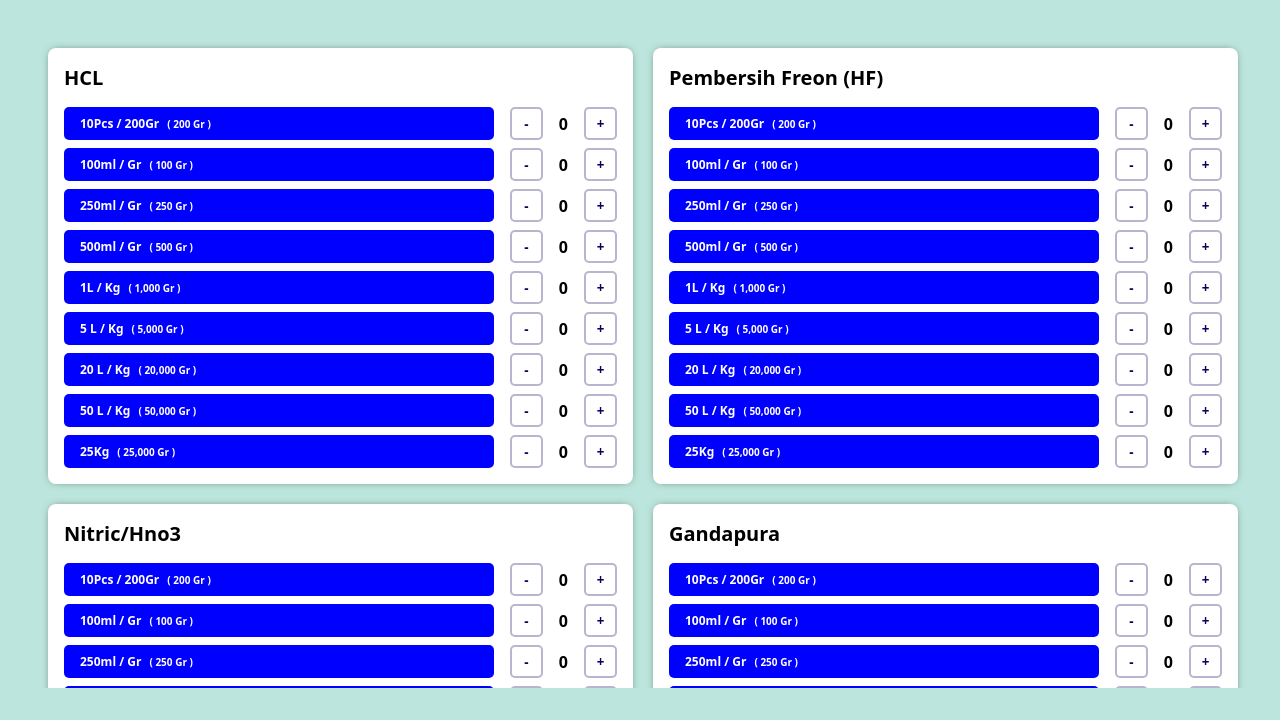
Repository: zuraniumlab-design/upstock-amsk
Page: /
An editor plug-in stored every save of this project. The page is shown before and after the next save, followed by the edit.
The browser window is 1280 px wide. The pictures show the whole page.
An inner scrolling area shows only its first screen. The project was rebuilt for these pictures with package versions that can differ from the ones it lists, and the page was loaded fresh each time. Also part of the build but not shown: vite.config.js.

Above is the page before, as saved 2026-06-18 17:11:39.

After the next save:
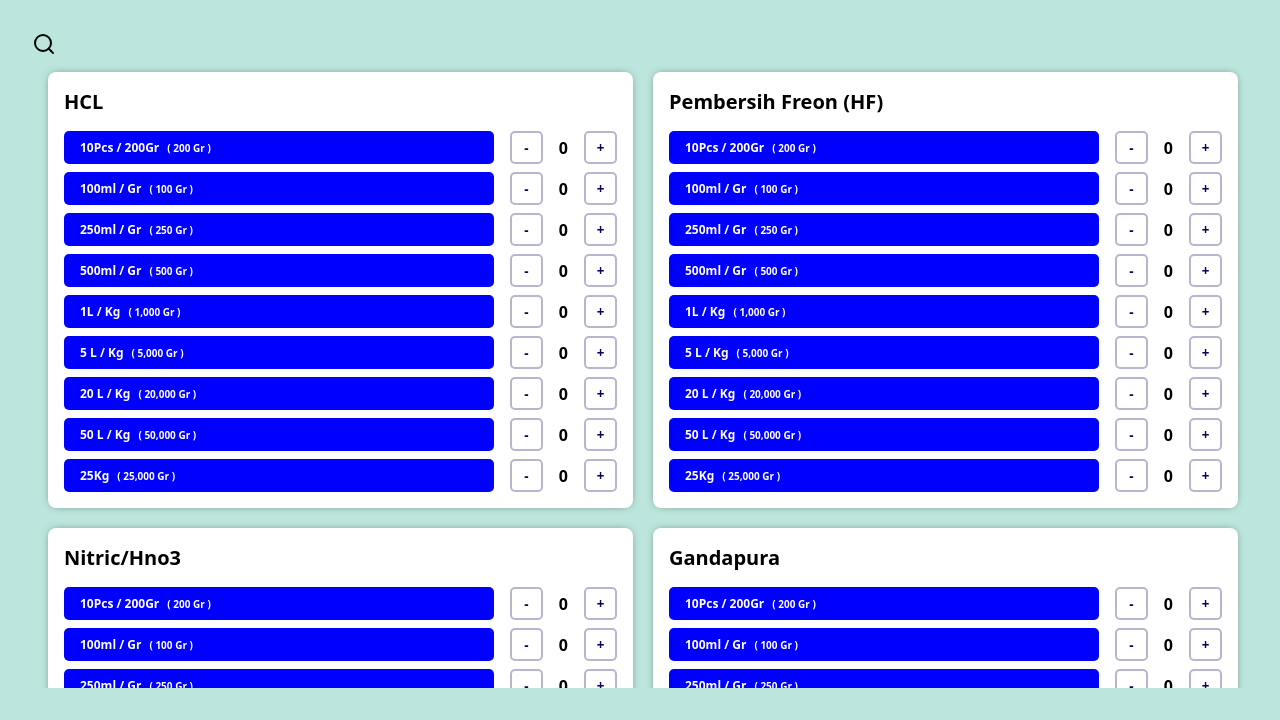
Saved 107 s later.
--- a/src/App.jsx
+++ b/src/App.jsx
@@ -1,5 +1,6 @@
 import { useState } from "react";
 import styles from "./App.module.css";
+import { Search } from "lucide-react";
 
 function App() {
   const data = {
@@ -1514,7 +1515,10 @@ function App() {
       {/* <div className={styles.sidebar}></div> */}
       <div className={styles.content}>
         <div className={styles.head}>
-          <div className={styles.sea}></div>
+          <div className={styles.search}>
+            <Search />
+            <div className={styles.inputSearch}></div>
+          </div>
         </div>
         <div className={styles.items}>
           {Object.entries(data).map(([key, value], index) => {
